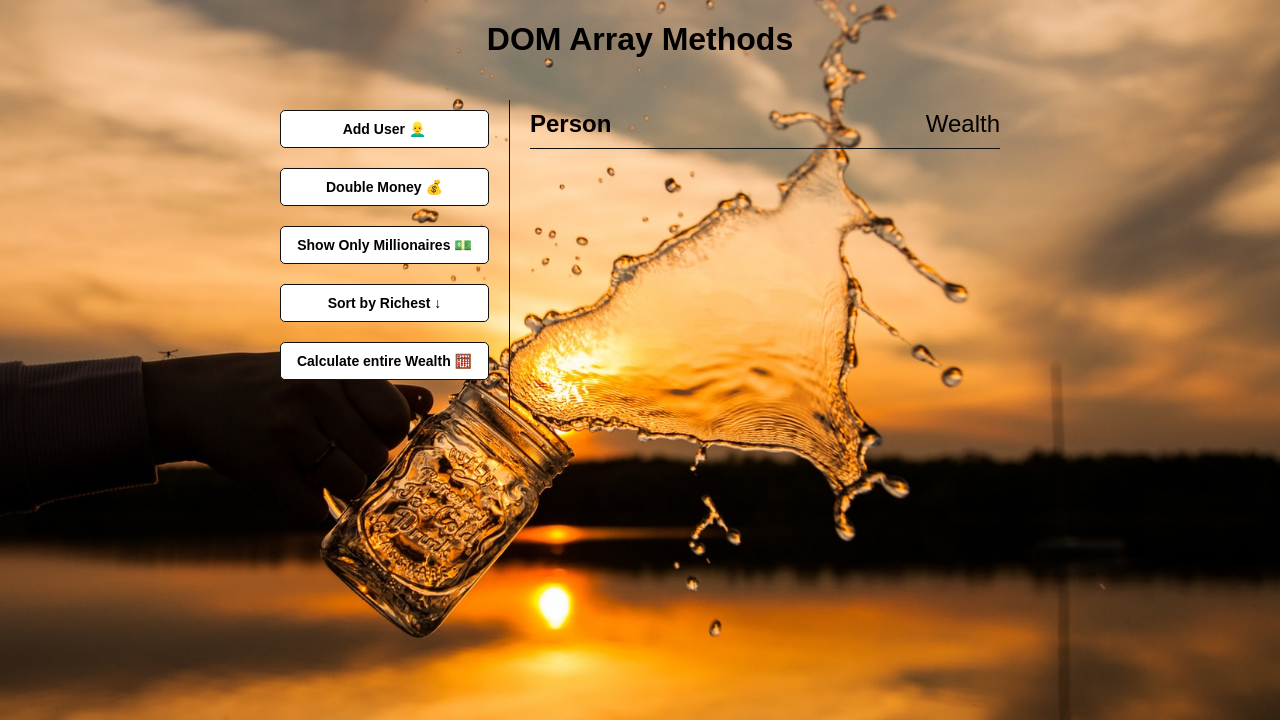
Repository: CAMPSLOPY/RandomUserInfoGenerator
Page: index.html
These files come from the project's save history. The page is drawn as it stood at one moment and after a run of saves; the edit follows.
The browser window is 1280 px wide. The pictures show the whole page.
The page's requests for data from a server got no answer.

Above is the page before, as saved 2021-01-19 16:24:41.

### index.html
<!DOCTYPE html>
<html lang="en">
  <head>
    <meta charset="UTF-8" />
    <meta name="viewport" content="width=device-width, initial-scale=1.0" />
    <meta http-equiv="X-UA-Compatible" content="ie=edge" />
    <meta name="robots" content="index,follow" />
    <meta
      name="description"
      content="This app is used to understand how popular array methods like filter(),map() works.."
    />
    <link rel="stylesheet" href="/styles.css" />
    <link rel="icon" href="./User_36491.png">
    <title>RandomUserGenerator</title>
  </head>
  <body>
    <h1>DOM Array Methods</h1>

    <div class="container">
      <aside>
        <button id="add-user">Add User 👱‍♂️</button>
        <button id="double">Double Money 💰</button>
        <button id="show-millionaires">Show Only Millionaires 💵</button>
        <button id="sort">Sort by Richest ↓</button>
        <button id="calculate-wealth">Calculate entire Wealth 🧮</button>
      </aside>

      <main id="main">
        <h2><strong>Person</strong> Wealth</h2>
      </main>
    </div>
<script src="app.js"></script>
  </body>
</html>

### styles.css
* {
    box-sizing: border-box;
  }

  body {
    background-image: url('./img/back.jpeg');
    background-repeat: no-repeat;
    background-position: center;
    background-size: cover;
    font-family: Arial, Helvetica, sans-serif;
    display: flex;
    flex-direction: column;
    align-items: center;
    min-height: 100vh;
    margin: 0;

  }

  .container {
    display: flex;
    padding: 20px;
    margin: 0 auto;
    max-width: 100%;
    width: 800px;
  }


  aside {
    padding: 10px 20px;
    width: 250px;
    border-right: 1px solid #111;
  }

  button {
    cursor: pointer;
    background-color: #fff;
    border: solid 1px #111;
    border-radius: 5px;
    display: block;
    width: 100%;
    padding: 10px;
    margin-bottom: 20px;
    font-weight: bold;
    font-size: 14px;
  }
  button:hover{
    background-color: rgba(0, 0, 0, 0.603);
    color: #fff;
    transition: 0.5s;
  }

  main {
    flex: 1;
    padding: 10px 20px;
  }

  h2 {
    border-bottom: 1px solid #111;
    padding-bottom: 10px;
    display: flex;
    justify-content: space-between;
    font-weight: 300;
    margin: 0 0 20px;
  }
  h3 {
    border-bottom: 1px solid #111;
    padding-bottom: 10px;
    display: flex;
    justify-content: space-between;
    font-weight: 300;
    margin: 20px 0 0;
    background-color: white;
  }

  .person{
    display: flex ;
    justify-content: space-between;
    font-size: 20px;
    margin-bottom: 10px;
  }

### app.js
// All the Variables we will be working with
const main = document.getElementById("main");
const addUser = document.getElementById("add-user");
const double = document.getElementById("double");
const showMillie = document.getElementById("show-millionaires");
const sort = document.getElementById("sort");
const calculateWealthTotal = document.getElementById("calculate-wealth");

// this is where the data for the people and their money will be stored
let data = [];

// Create the functionality for the APP
// fetch random user and add  money
// async is a better way of calling the fetch API
async function getRandomUser() {
  const res = await fetch("https://randomuser.me/api/1.3/");
  const data = await res.json();

  console.log(data);
  //   we created the user const to attach the data to the results of the called API
  const user = data.results[0];

  //   we now access the API results by creating a new user
  const newUser = {
    name: `${user.name.first} ${user.name.last}`,
    money: Math.floor(Math.random() * 1000000),
  };
  //   we are adding the newUser object to a function called addData
  addData(newUser);
}

// add new obj to data array

function addData(obj) {
  // we are going to push the newUser which is an obj into this function using
  // push()
  data.push(obj);
}
console.log(data);
getRandomUser();

After the next 2 saves:
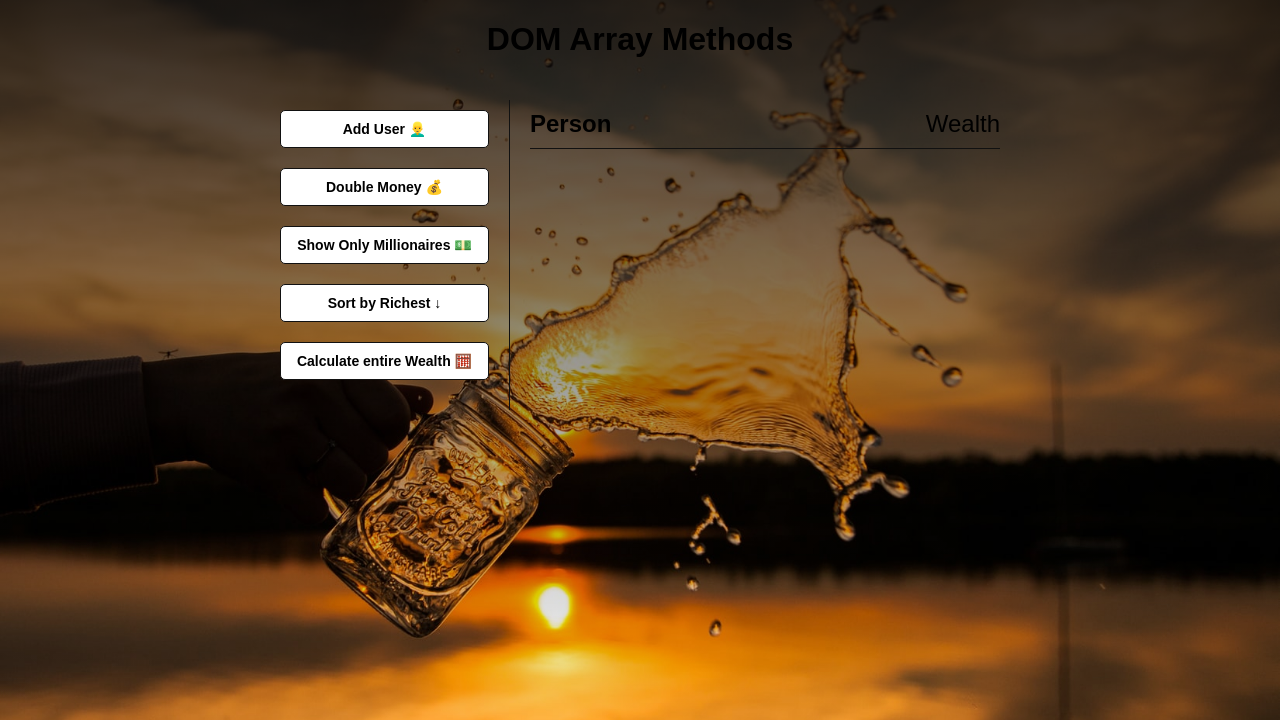
The 2 saves are shown as one change because they came seconds apart.
The last was saved 20 h 4 min later.
--- a/styles.css
+++ b/styles.css
@@ -1,80 +1,79 @@
 * {
-    box-sizing: border-box;
-  }
+  box-sizing: border-box;
+}
 
-  body {
-    background-image: url('./img/back.jpeg');
-    background-repeat: no-repeat;
-    background-position: center;
-    background-size: cover;
-    font-family: Arial, Helvetica, sans-serif;
-    display: flex;
-    flex-direction: column;
-    align-items: center;
-    min-height: 100vh;
-    margin: 0;
+body {
+  background-image: linear-gradient(rgba(0, 0, 0, 0.8), transparent),
+    url("./img/back.jpeg");
+  background-repeat: no-repeat;
+  background-position: center;
+  background-size: cover;
+  font-family: Arial, Helvetica, sans-serif;
+  display: flex;
+  flex-direction: column;
+  align-items: center;
+  min-height: 100vh;
+  margin: 0;
+}
 
-  }
+.container {
+  display: flex;
+  padding: 20px;
+  margin: 0 auto;
+  max-width: 100%;
+  width: 800px;
+}
 
-  .container {
-    display: flex;
-    padding: 20px;
-    margin: 0 auto;
-    max-width: 100%;
-    width: 800px;
-  }
+aside {
+  padding: 10px 20px;
+  width: 250px;
+  border-right: 1px solid #111;
+}
 
+button {
+  cursor: pointer;
+  background-color: #fff;
+  border: solid 1px #111;
+  border-radius: 5px;
+  display: block;
+  width: 100%;
+  padding: 10px;
+  margin-bottom: 20px;
+  font-weight: bold;
+  font-size: 14px;
+}
+button:hover {
+  background-color: rgba(0, 0, 0, 0.603);
+  color: #fff;
+  transition: 0.5s;
+}
 
-  aside {
-    padding: 10px 20px;
-    width: 250px;
-    border-right: 1px solid #111;
-  }
+main {
+  flex: 1;
+  padding: 10px 20px;
+}
 
-  button {
-    cursor: pointer;
-    background-color: #fff;
-    border: solid 1px #111;
-    border-radius: 5px;
-    display: block;
-    width: 100%;
-    padding: 10px;
-    margin-bottom: 20px;
-    font-weight: bold;
-    font-size: 14px;
-  }
-  button:hover{
-    background-color: rgba(0, 0, 0, 0.603);
-    color: #fff;
-    transition: 0.5s;
-  }
+h2 {
+  border-bottom: 1px solid #111;
+  padding-bottom: 10px;
+  display: flex;
+  justify-content: space-between;
+  font-weight: 300;
+  margin: 0 0 20px;
+}
+h3 {
+  border-bottom: 1px solid #111;
+  padding-bottom: 10px;
+  display: flex;
+  justify-content: space-between;
+  font-weight: 300;
+  margin: 20px 0 0;
+  background-color: white;
+}
 
-  main {
-    flex: 1;
-    padding: 10px 20px;
-  }
-
-  h2 {
-    border-bottom: 1px solid #111;
-    padding-bottom: 10px;
-    display: flex;
-    justify-content: space-between;
-    font-weight: 300;
-    margin: 0 0 20px;
-  }
-  h3 {
-    border-bottom: 1px solid #111;
-    padding-bottom: 10px;
-    display: flex;
-    justify-content: space-between;
-    font-weight: 300;
-    margin: 20px 0 0;
-    background-color: white;
-  }
-
-  .person{
-    display: flex ;
-    justify-content: space-between;
-    font-size: 20px;
-    margin-bottom: 10px;
-  }
+.person {
+  display: flex;
+  justify-content: space-between;
+  font-size: 20px;
+  margin-bottom: 10px;
+}
